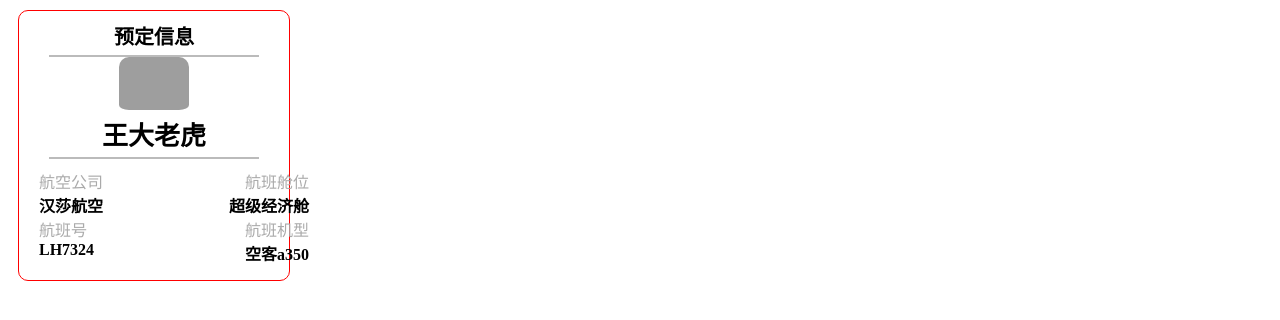
Repository: xzm1997/react-learning
Page: /
These files come from the project's save history. The page is drawn as it stood at one moment and after the next save; the edit follows.
The browser window is 1280 px wide. The pictures show the whole page.
Pictures or frames that could not be fetched are drawn as grey boxes. The project was rebuilt for these pictures with package versions that can differ from the ones it lists, and the page was loaded fresh each time.

Above is the page before, as saved 2023-01-31 10:51:22.

After the next save:
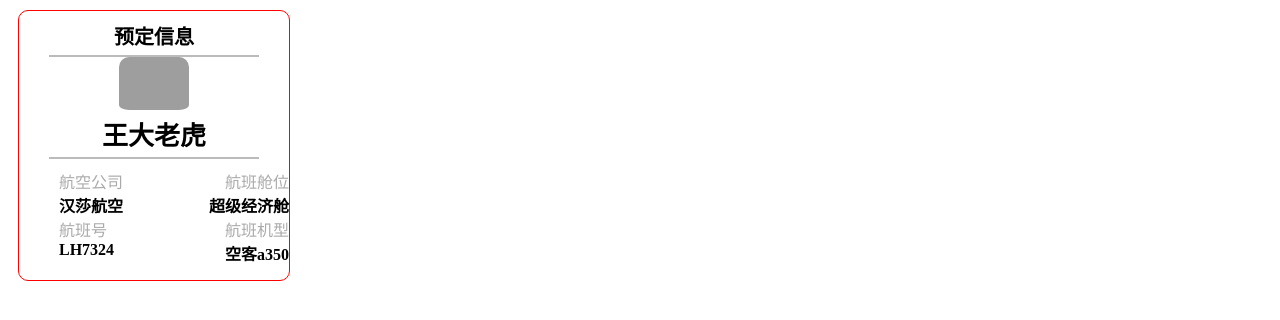
Saved 25 s later.
--- a/src/index.css
+++ b/src/index.css
@@ -52,7 +52,7 @@
 }
 
 .infoItem {
-  width: 110px;
+  width: 90px;
   margin: 5px;
 }
 

After the save that followed:
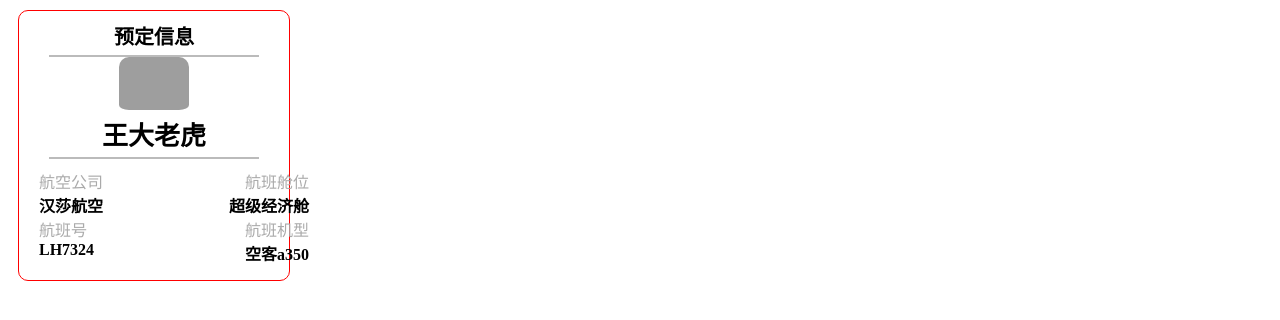
Saved 5 s later.
--- a/src/index.css
+++ b/src/index.css
@@ -52,7 +52,7 @@
 }
 
 .infoItem {
-  width: 90px;
+  width: 110px;
   margin: 5px;
 }
 
